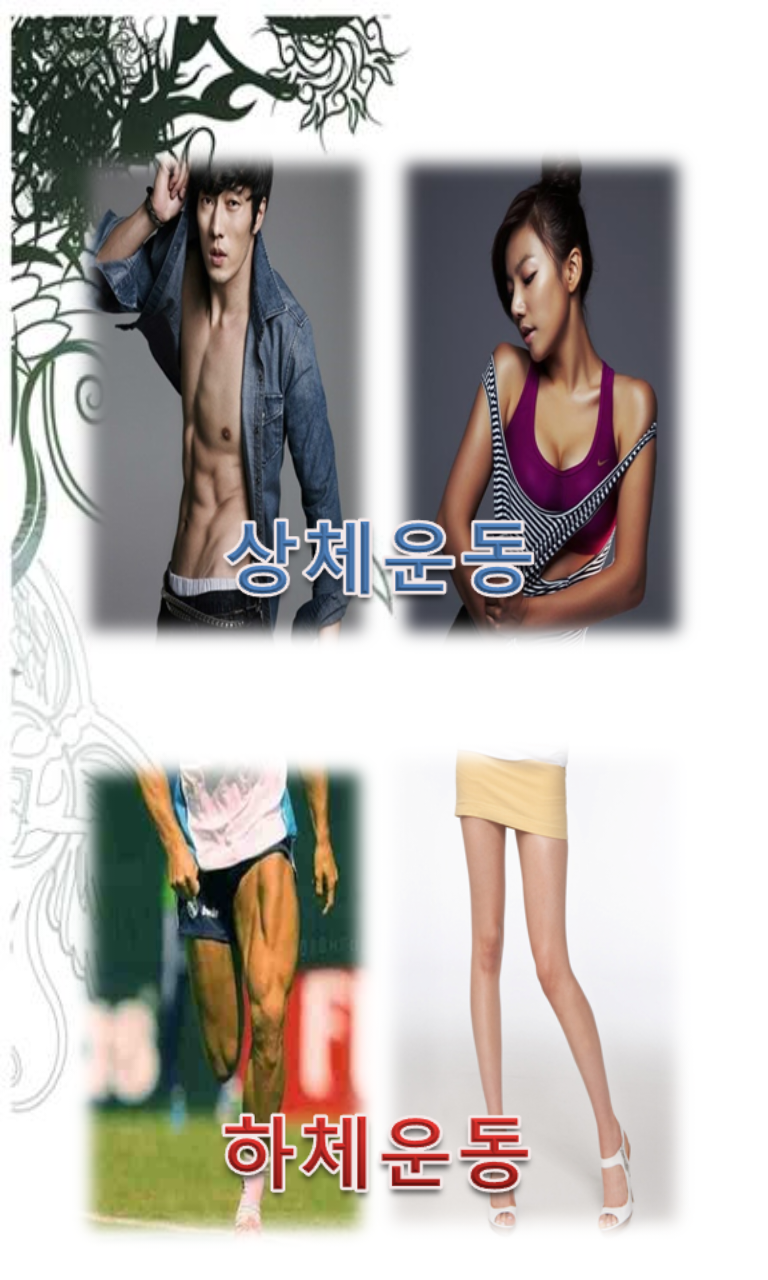
Repository: LewisLim579/2013TeamProject
Layout: PtsApp/res/layout/howtoex.xml
The author's editor kept a copy of each file at every save. The layout is drawn from the files as they stood at one save, then again after the next save.
It is drawn on a 768 x 1280 px phone screen (xhdpi) without system bars, with theme android:Theme.NoTitleBar.Fullscreen; the app's code is not run.

Above is the layout before, as saved 2013-05-24 17:55:21.

### PtsApp/res/layout/howtoex.xml
<?xml version="1.0" encoding="utf-8"?>
<LinearLayout xmlns:android="http://schemas.android.com/apk/res/android"
    android:layout_width="match_parent"
    android:layout_height="match_parent"
    android:orientation="vertical"
    android:background="@drawable/back"
     >

    <LinearLayout
        android:layout_width="match_parent"
        android:layout_height="wrap_content"
        android:orientation="vertical"
        android:layout_marginTop="70dp" >

        <ImageButton
            android:id="@+id/imageButton1"
            android:layout_width="match_parent"
            android:layout_height="match_parent"
            android:background="#00000000"
            android:src="@drawable/sangche" />

    </LinearLayout>

    <LinearLayout
        android:layout_width="match_parent"
        android:layout_height="wrap_content"
        android:orientation="vertical" >

        <ImageButton
            android:id="@+id/imageButton2"
            android:layout_width="match_parent"
            android:layout_height="match_parent"
            android:layout_marginTop="40dp"
            android:background="#00000000"
            android:src="@drawable/hache" />

    </LinearLayout>

</LinearLayout>

After the next save:
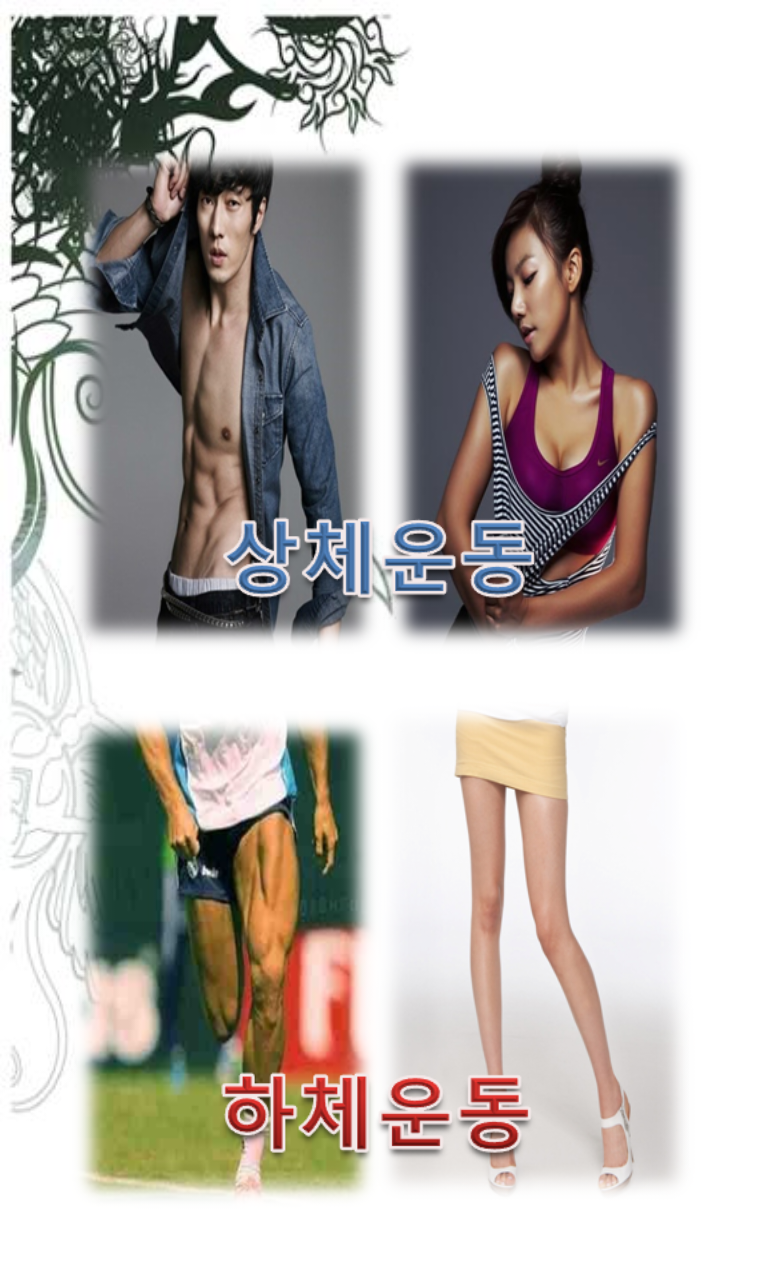
Saved 20 s later.
--- a/PtsApp/res/layout/howtoex.xml
+++ b/PtsApp/res/layout/howtoex.xml
@@ -24,13 +24,13 @@
     <LinearLayout
         android:layout_width="match_parent"
         android:layout_height="wrap_content"
-        android:orientation="vertical" >
+        android:orientation="vertical"
+        android:layout_marginTop="20dp" >
 
         <ImageButton
             android:id="@+id/imageButton2"
             android:layout_width="match_parent"
             android:layout_height="match_parent"
-            android:layout_marginTop="40dp"
             android:background="#00000000"
             android:src="@drawable/hache" />
 
